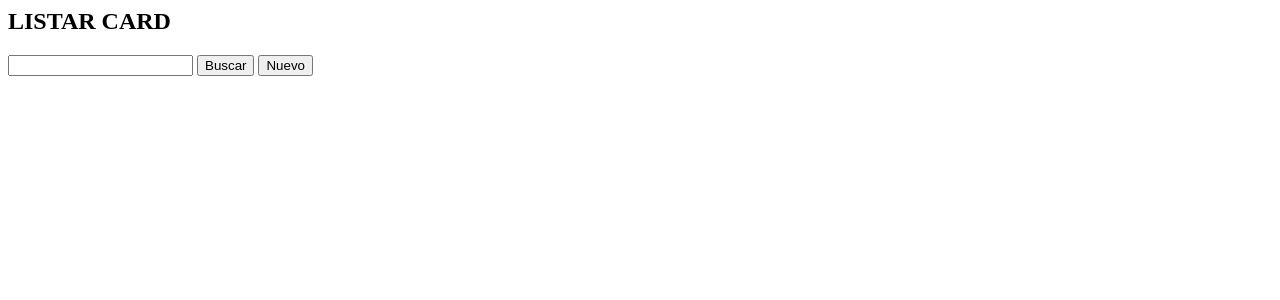
Repository: raalzate/creditcard
Page: http://localhost/CreditCardWeb/
These files come from the project's save history. The page is drawn as it stood at one moment and after the next save; the edit follows.
The browser window is 1280 px wide. The pictures show the whole page.
The page is served by Tomcat 9.

Above is the page before, as saved 2016-06-01 18:48:36.

After the next save:
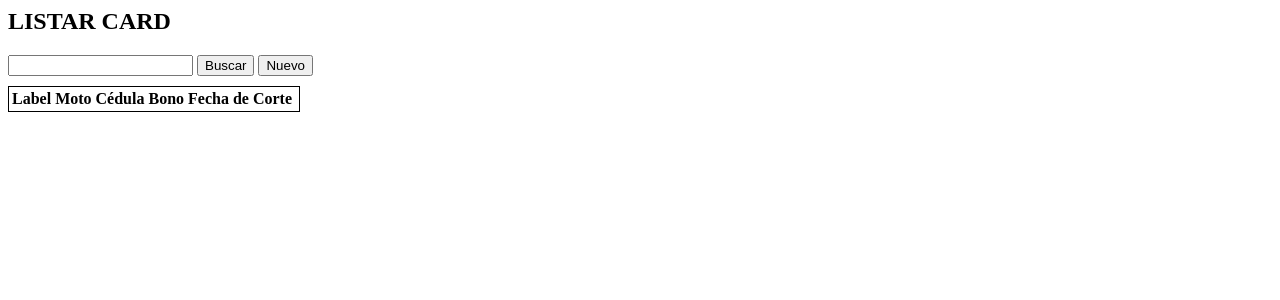
Saved 3 min 2 s later.
--- a/CreditCardWeb/src/main/webapp/js/controllers/listController.js
+++ b/CreditCardWeb/src/main/webapp/js/controllers/listController.js
@@ -3,7 +3,13 @@
 
 module.controller("listController", function($scope, cardService, clientFactory, $location) {
 
-	hiddenTable();
+
+
+
+
+	function setup(){
+		hiddenTable();
+	}
 
     function hiddenTable(){
 		document.getElementsByTagName("table")[0]

After the save that followed:
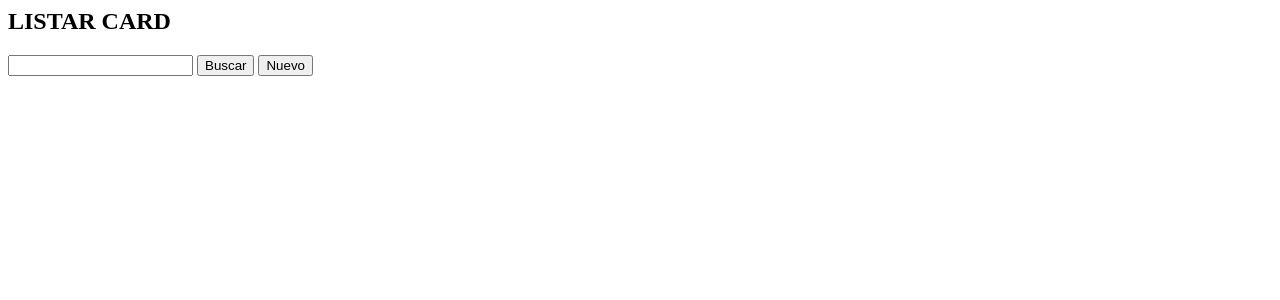
Saved 10 s later.
--- a/CreditCardWeb/src/main/webapp/js/controllers/listController.js
+++ b/CreditCardWeb/src/main/webapp/js/controllers/listController.js
@@ -3,9 +3,7 @@
 
 module.controller("listController", function($scope, cardService, clientFactory, $location) {
 
-
-
-
+	setup(); //start
 
 	function setup(){
 		hiddenTable();
